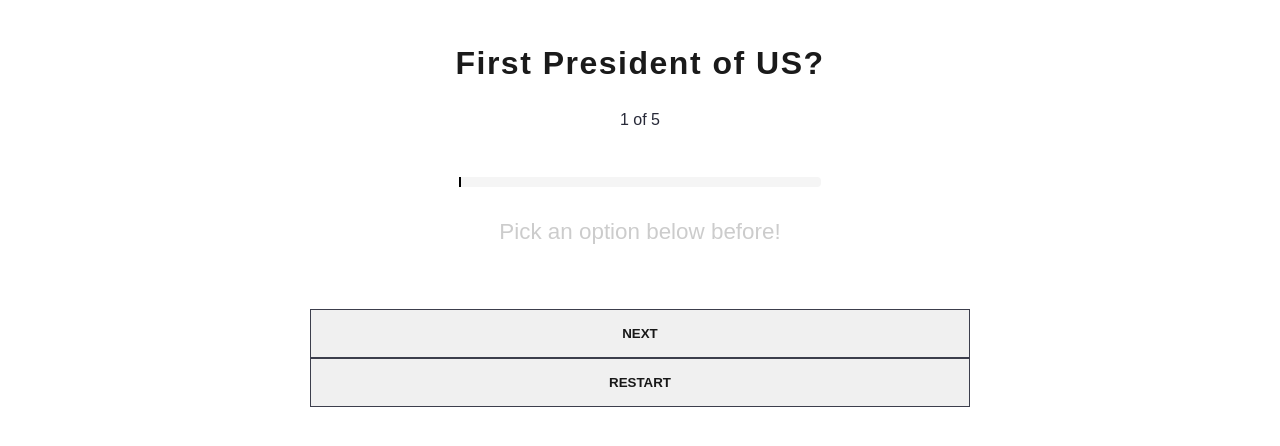
Repository: mukiSabljakovic/Quiz-APP
Page: index.html
The author's editor kept a copy of each file at every save. The page is drawn from the files as they stood at one save, then again after the next save.
The browser window is 1280 px wide. The pictures show the whole page.
Some web fonts or font styles are not loaded; a fallback is used.

Above is the page before, as saved 2020-05-04 16:45:40.

After the next save:
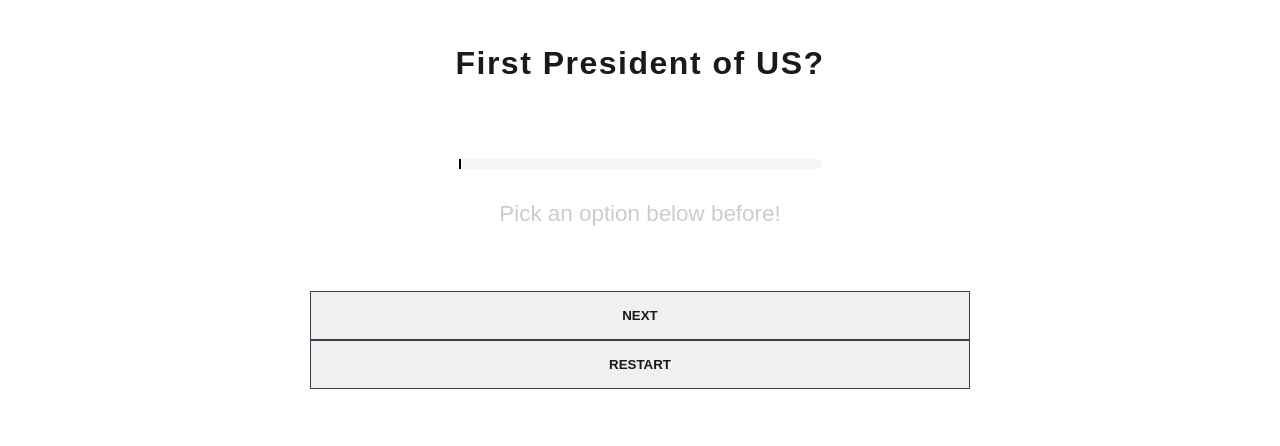
Saved 12 s later.
--- a/js/app.js
+++ b/js/app.js
@@ -78,7 +78,7 @@ const renderTracker = _ => {
     setValue(trackerEl, `${index+1} of ${quiz.questions.length}`);
 }
 
-renderTracker();
+
 
 
 const renderAll = _ => {
@@ -91,6 +91,7 @@ const renderAll = _ => {
         // 2. render the choices elements
         renderChoicesElements();
         // 3. render Tracker
+        renderTracker();
         // 4. render Progress
     }
 }
